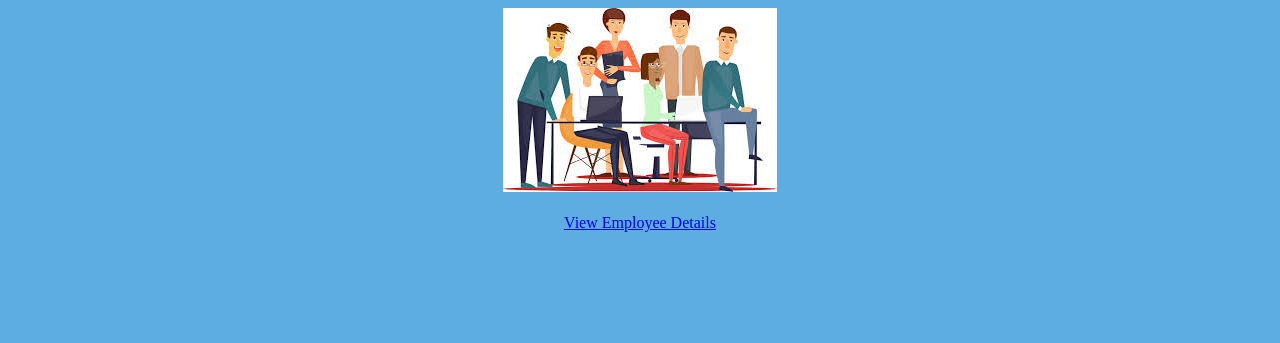
Repository: LSLParvathi/WebApplications
Page: http://localhost/Pagination/Resourses/jsp/Firstpage.jsp
An editor plug-in stored every save of this project. The page is shown before and after the next save, followed by the edit.
The browser window is 1280 px wide. The pictures show the whole page.
The page is served by Tomcat 9.

Above is the page before, as saved 2020-02-15 06:35:36.

After the next save:
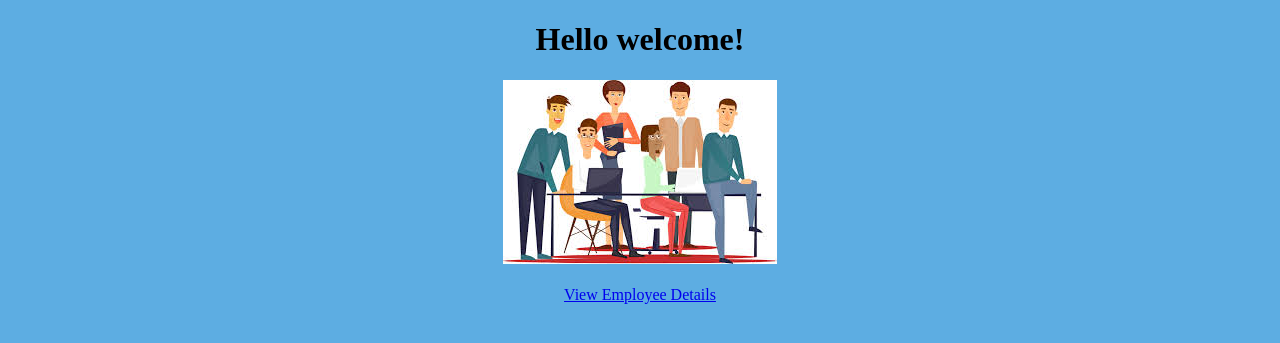
Saved 2 min 4 s later.
--- a/Pagination/WebContent/Resourses/jsp/Firstpage.jsp
+++ b/Pagination/WebContent/Resourses/jsp/Firstpage.jsp
@@ -8,6 +8,7 @@
  <link rel="stylesheet" href="../css/styling.css" type="text/css">
 </head>
 <body align="center">
+<h1>Hello welcome!</h1>
 <img alt="pic" src="../Images/emp.jpeg"  ><br><br>
 <a href="welcome">View Employee Details</a>
 
